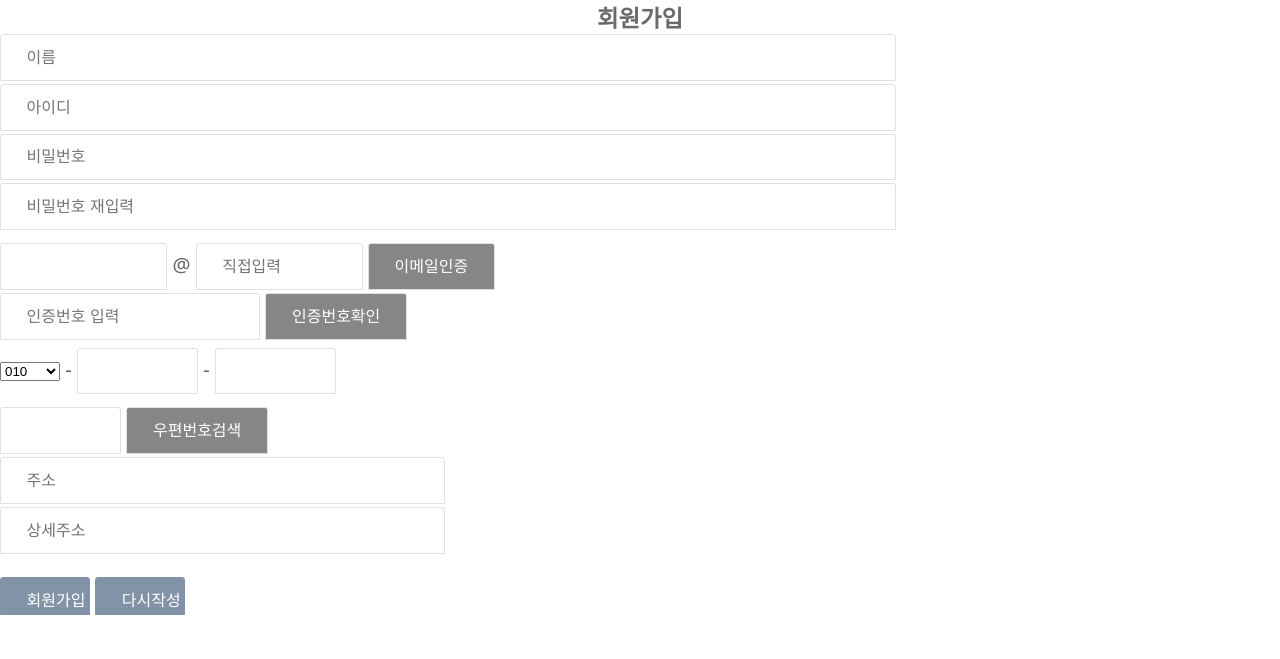
Repository: keepsus/gaebokchi
Page: http://localhost/uzuslime/member/memberWriteForm.jsp
An editor plug-in stored every save of this project. The page is shown before and after the next save, followed by the edit.
The browser window is 1280 px wide. The pictures show the whole page.
Some web fonts or font styles are not loaded; a fallback is used. The page is served by Tomcat 9. Nobody is signed in. The application's start-up code is not run. Other server files are loaded and not shown.

Above is the page before, as saved 2021-02-12 11:16:31.

### uzuslime/src/main/webapp/member/memberWriteForm.jsp
<%@ page language="java" contentType="text/html; charset=UTF-8"
    pageEncoding="UTF-8"%>

    <link rel="stylesheet" href="/slime/css/memberWriteForm.css">
    <link rel="preconnect" href="https://fonts.gstatic.com">
    <link href="https://fonts.googleapis.com/css2?family=Raleway:ital,wght@0,200;0,300;0,400;0,500;1,300;1,400&display=swap" rel="stylesheet">


<form name="memberWriteForm" method="post" action="/slime/member/write">
	<div>
	    <h3 class="modal-header" style="text-align:center; color:rgba(63, 62, 62, 0.774);">회원가입</h3>
	</div>


	<article name="memberSignUpForm" class="signUpForm" >
	    <div class="input-text">
	        <input type="text" id="member_name" name="member_name" size="25" placeholder="이름" autocomplete=”off”>
	        <div id="nameDiv"></div>
	    </div>


	    <div class="input-text">
	        <input type="text" class="member_id" id="member_id" name="member_id" size="25" placeholder="아이디" autocomplete=”off”>
	        <input type="hidden" id="check" value="">
	      <div id="idDiv"></div>

	    </div>


	    <div class="input-text">
	        <input type="password" class="sign-pwd" name="member_pw" size="25" placeholder="비밀번호">
	        <div id="pwdDiv"></div>
	    </div>


	    <div class="input-text">
	        <input type="password" class="sign-repwd" name="repw" size="25" placeholder="비밀번호 재입력">
	        <div id="repwdDiv"></div>
	    </div>


	    <div class="signUp-email-form" style="margin-top:10px;">
<!-- 	    	    <h2 style="margin-bottom:5px;">email </h2> -->
	        <input type="text" class="sign-email1" id="email1" name="email1" size="10">
	        @
	        <input type="email" class="sign-email2" list="email2" id="email2" name="email2"  placeholder="직접입력" size="10">
	        <datalist id="email2">
	            <option value="gmail.com">
	            <option value="naver.com">
	            <option value="hanmail.net">
	        </datalist>
	        <input type="button" id="emailBtn" name="emailBtn" class="emailBtn" value="이메일인증"><br>
	         <input type="text" class="checkEmail" id="checkEmail" name="checkEmail" placeholder="인증번호 입력" autocomplete=”off”>
	         <input type="hidden" id="checkEmailR" value="">
	        <input type="button" id="emailCheckBtn" class="emailCheckBtn" value="인증번호확인" ><br>
	    </div>
		<div id="emailDiv"></div>

	    <div class="signUp-phone-form" style="margin-top:5px;">
<!-- 	    <h2 style="margin-top:5px;">phone number </h2> -->
	        <select name="tel1" class="sign-tel1" style="width: 60px;">
	            <option value="010">010
	            <option value="011">011
	            <option value="019">019
	        </select>
	         -
	         <input type="text" class="sign-tel2" name="tel2" size="5">
	         -
	         <input type="text" class="sign-tel3" name="tel3" size="5">
	    </div>


	    <div class="signUp-address-form" style="margin-top:10px;">
	        <input type="text" class="sign-post" id="postcode" name="zipcode" size="5" readonly>
	        <input type="button" id="checkPostBtn" class="checkPostBtn" value="우편번호검색"><br>
	        <input type="text" class="sign-address" id="address" name="addr1" size="40"  readonly placeholder="주소"><br>
	        <input type="text" class="sign-detail" id="detailAddress" name="addr2" size="40" placeholder="상세주소">
	    </div>


	    <div class="signUp-btn-box" style="margin-top:20px;">
	        <input type="button" id="writeBtn" class="writeBtn" value="회원가입">
	        <input type="reset" value="다시작성">
	    </div>
	</article>

	<input type="hidden" name="email_key" value="0">
	<input type="hidden" name="admin_yn" value="0">

</form>
<script type="text/javascript" src="https://code.jquery.com/jquery-3.5.1.min.js"></script>
<script type="text/javascript" src="/slime/js/member.js?ver=1"></script>

### uzuslime/src/main/webapp/css/memberWriteForm.css
@charset "UTF-8";
* {
    margin: 0px;
    padding: 0px;
    box-sizing: border-box;
}

html {
    background-color: #fff;
    color: rgba(85, 85, 85, 0.897);
    font-family: 'Raleway','Noto Sans Korean','Apple SD Gothic Neo', 'Malgun Gothic','Nanum Gothic', 'Noto Sans','sans-serif';
    font-weight: 300px;
    font-size: 20px;
    text-rendering: optimizeLegibility;
    /* 반응형 웹사이트를 만드려고 기준으로 두었다. 폰트사이즈를 20px을 기본으로 주면 다른 태그에서 %를 사용해서 변경해주면
    폰트 사이즈를 바꿔줄때마다 웹사이트의 폰트 사이즈가 자동으로 바뀔 것이다. */
}

.modal-header{
	margin-botton: 8%;

}

.memberSignUpForm{
	text-align: center;
}

.input-text input{
    width: 70%;
    padding: 1% 2%;
    line-height: 1.2;
    border-radius: 3px 3px 0 0;
    border: 1px solid #e0e0e0;
    font-size: 80%;
    margin-bottom: 3px;
}

.emailBtn,.emailCheckBtn,.checkPostBtn{
    background-color: #fff;
    color: rgba(85, 85, 85, 0.897);
    border: 1px solid #e0e0e0;
    text-decoration: none;
    cursor: pointer;
    border-radius: 3px 3px 0 0;
}

.emailBtn,.emailCheckBtn,.checkPostBtn,.writeBtn:hover{
    transition: 0.4s;
    background-color: rgba(78, 76, 76, 0.678);
    color: white;
}

.signUp-email-form input {
	padding: 1% 2%;
    line-height: 1.2;
    border-radius: 3px 3px 0 0;
    border: 1px solid #e0e0e0;
    font-size: 80%;
    margin-bottom: 3px;
}

.signUp-phone-form input {
	padding: 1% 2%;
    line-height: 1.2;
    border-radius: 3px 3px 0 0;
    border: 1px solid #e0e0e0;
    font-size: 80%;
    margin-bottom: 3px;
}

.signUp-address-form input {
	padding: 1% 2%;
    line-height: 1.2;
    border-radius: 3px 3px 0 0;
    border: 1px solid #e0e0e0;
    font-size: 80%;
    margin-bottom: 3px;
}

.signUp-btn-box input{
	padding: 1% 2%;
    line-height: 1.2;
    border-radius: 3px 3px 0 0;
    border: 1px solid #8393a7;
    background-color: #8393a7;
    font-size: 80%;
    color :white;
    margin-bottom: 3px;
    width: 90px;
    height:38px;
    cursor:pointer;
}

### uzuslime/src/main/webapp/js/member.js
//로그인
$('#loginBtn').click(function(){
	$('#loginIdDiv').empty();
	$('#loginPwdDiv').empty();

	if($('#loginId').val()==''){
		$('#loginIdDiv').text('아이디를 입력')
						.css('color','red')
						.css('font-size','8pt')
						.css('font-weight','bold');

	}else if($('#loginPwd').val()==''){
		$('#loginPwdDiv').text('비밀번호를 입력')
						 .css('color','red')
						 .css('font-size','8pt')
						 .css('font-weight','bold');
	}else{
		$.ajax({
			type : 'post',
			url: '/slime/member/login',
			data: {'member_id': $('#loginId').val(), 'pwpwpw': $('#loginPwd').val()},

			dataType: 'text',
			success: function(data){
				if(data == 'success'){
					location.href = '/slime/index.jsp';

				}else if(data == 'fail'){

					alert('잘못된 정보입니다. 다시 입력해주세요.');
				}
			},//success
			error: function(err){
				console.log(err);
			}//error

		});//ajax
	}//else
});//click

//회원가입
$('#writeBtn').click(function(){
	$('#nameDiv').empty();
	$('#idDiv').empty();
	$('#pwdDiv').empty();
	$('#repwdDiv').empty();
	$('#emailDiv').empty();
	var idReg = /^[A-za-z0-9]/g;
	//아이디 한글못넣게 하는 것
	//[영문 대문자 또는 소문자로 시작하는 아이디, 끝날때 제한 없음]

	//if($('#name').val()==''){ -> 방법 1
	//if($('input[id=member_name]').val()==''){ -> 방법 2
	//id 속성이용은 2가지 방법 모두 가능
	if($('input[id=member_name]').val()==''){
		$('#nameDiv').text('이름을 입력하세요');
		$('#nameDiv').css('color','red');
		$('#nameDiv').css('font-size','8pt');
		$('#nameDiv').css('font-weight','bold');

	}else if($('#member_id').val()==''){	//id 속성이용
		$('#idDiv').text('아이디를 입력하세요');
		$('#idDiv').css('color','red');
		$('#idDiv').css('font-size','8pt');
		$('#idDiv').css('font-weight','bold');

	}else if( !idReg.test( $("input[id=member_id]").val() ) ){
		$('#idDiv').text('아이디는 영문자로 시작하는 6~20자 영문자 또는 숫자이어야 합니다.');
		$('#idDiv').css('color','red');
		$('#idDiv').css('font-size','8pt');
		$('#idDiv').css('font-weight','bold');

	}else if($('input[name=member_pw]').val()==''){
		$('#pwdDiv').text('비밀번호를 입력하세요')
		$('#pwdDiv').css('color','red')
		$('#pwdDiv').css('font-size','8pt')
		$('#pwdDiv').css('font-weight','bold');

	}else if($('input[name=repw]').val() != $('input[name=member_pw]').val()){
		$('#repwdDiv').text('비밀번호가 맞지 않습니다')
		$('#repwdDiv').css('color','red')
		$('#repwdDiv').css('font-size','8pt')
		$('#repwdDiv').css('font-weight','bold');

	}else if($('#member_id').val() != $('#check').val()){
		$('#idDiv').text('중복체크 하세요')
		$('#idDiv').css('color','red')
		$('#idDiv').css('font-size','8pt')
		$('#idDiv').css('font-weight','bold');

	}else if($('input[name=email1]').val()==''||$('input[name=email2]').val()==''){
		$('#emailDiv').text('이메일을 입력하세요')
		$('#emailDiv').css('color','red')
		$('#emailDiv').css('font-size','8pt')
		$('#emailDiv').css('font-weight','bold');

	}else{
		$('form[name=memberWriteForm]').submit();
	}
});

//중복 아이디 체크
$('#member_id').focusout(function(){
	if($('#member_id').val()==''){
		$('#idDiv').text('먼저 아이디를 입력하세요')
		$('#idDiv').css('color','magenta')
		$('#idDiv').css('font-size','8pt')
		$('#idDiv').css('font-weight','bold');

	}else{
		$.ajax({
			type: 'post',
			url: '/slime/member/checkId',
			data: 'member_id='+$('#member_id').val(),
			dataType: 'text',
			success: function(data){
				if(data == 'exist'){
					$('#idDiv').text('사용 불가능')
					$('#idDiv').css('color','magenta')
					$('#idDiv').css('font-size','8pt')
					$('#idDiv').css('font-weight','bold');

				}else if(data == 'non_exist'){
					$('#check').val($('#member_id').val());

					$('#idDiv').text('사용 가능')
					$('#idDiv').css('color','blue')
					$('#idDiv').css('font-size','8pt')
					$('#idDiv').css('font-weight','bold');
				}
			}
		});
	}
});

//우편번호
$('#checkPostBtn').click(function(){
	window.open("/slime/member/memberCheckPost", "zipcode", "width=700 height=500 scrollbars=yes");
});

$('#checkPostSearchBtn').click(function(){
	$.ajax({
		type: 'post',
		url: '/slime/member/checkPostSearch',
		data: $('#memberCheckPostForm').serialize(),	//serialize : '변수=값&변수=값'
		dataType: 'json',
		success: function(data){
			//alert(JSON.stringify(data));

			$('#checkPostTable tr:gt(2)').remove();

			$.each(data.list, function(index, items){
				var address = items.sido+' '
							+ items.sigungu+' '
							+ items.yubmyundong+' '
							+ items.ri+' '
							+ items.roadname+' '
							+ items.buildingname;

				address = address.replace(/null/g, '');

				$('<tr/>').append($('<td/>',{
					align: 'center',
					text: items.zipcode

				})).append($('<td/>',{
					colspan: '3',
					}).append($('<a/>',{
						href: '#',
						id: 'addressA',
						text: address
					}))
				).appendTo($('#checkPostTable'));
			});//each

			$('a').click(function(){
				//alert($(this).prop('tagName'));
				//alert($(this).parent().prev().text());

				$('#postcode', opener.document).val($(this).parent().prev().text());
				$('#address', opener.document).val($(this).text());
				$('#detailAddress', opener.document).focus();
				window.close();
			});
		},
		error: function(err){
			console.log(err);
		}
	});
});

//회원정보수정
$('#modifyBtn').click(function(){
	$('#nameDiv').empty();
	$('#pwdDiv').empty();
	$('#repwdDiv').empty();

	if($('#member_name').val()==''){
		$('#nameDiv').text('이름을 입력하세요');
		$('#nameDiv').css('color','red');
		$('#nameDiv').css('font-size','8pt');
		$('#nameDiv').css('font-weight','bold');

	}else if($('input[name=member_pw]').val()==''){
		$('#pwdDiv').text('비밀번호를 입력하세요')
		$('#pwdDiv').css('color','red')
		$('#pwdDiv').css('font-size','8pt')
		$('#pwdDiv').css('font-weight','bold');

	}else if($('input[name=repw]').val() != $('input[name=member_pw]').val()){
		$('#repwdDiv').text('비밀번호가 맞지 않습니다')
		$('#repwdDiv').css('color','red')
		$('#repwdDiv').css('font-size','8pt')
		$('#repwdDiv').css('font-weight','bold');

	}else{
		$.ajax({
			type: 'post',
			url: '/slime/member/modify',
			data: $('#memberModifyForm').serialize(),	//serialize : '변수=값&변수=값'
			success: function(){
				alert('회원정보수정 완료');
				location.href='/slime/mypage/myPageOrder.jsp';
			},
			error: function(err){
				console.log(err);
			}
		});
	}
});

//아이디 찾기
$('#searchBtn').click(function(){
	$.ajax({
		type: 'post',
		url: '/slime/member/memberIdSearch',
		data: $('#memberSearch').serialize(),
		dataType: 'text',
		success: function(data){
			alert("회원님의 ID는 "+data+" 입니다");
			location.href='/slime/index.jsp';
		},
		error: function(err){
			alert("틀린 정보입니다. 다시 확인해주세요.")
			console.log(err);
		}
	});
});


//이메일 인증 보내기
$('#emailBtn').click(function(){
	$('#emailDiv').empty();
	if($('input[name=email1]').val()==''||$('input[name=email2]').val()==''){
		$('#emailDiv').text('이메일을 입력하세요');
		$('#emailDiv').css('color','red');
		$('#emailDiv').css('font-size','8pt');
		$('#emailDiv').css('font-weight','bold');

	}else{
		$.ajax({
			type: 'post',
			url: '/slime/member/sendEmail',
			data: 'e_mail='+$('#email1').val()+'@'+$('#email2').val(),
			dataType: 'json',
			success: function(data){
				$('#emailDiv').text('이메일이 발송되었습니다. 인증번호를 입력헤주세요');
				$('#emailDiv').css('color','red');
				$('#emailDiv').css('font-size','8pt');
				$('#emailDiv').css('font-weight','bold');
				console.log('이메일 data ='+ JSON.stringify(data));//data가 들어오는것인가?이상한게 찍힌다.
				$('#checkEmailR').val(data.dice);//받은 인증번호를 jsp에 있는 hidden 속성에 넣어주기
			},
			error: function(err){
				console.log(err);
			}
		});
	}

});


//이메일 인증번호 확인
$('#emailCheckBtn').click(function(){
	$('#emailDiv').empty();

	if($('input[id=checkEmail]').val()==''){
		$('#emailDiv').text('이메일 인증번호를 입력해주세요 ')
		$('#emailDiv').css('color','magenta')
		$('#emailDiv').css('font-size','8pt')
		$('#emailDiv').css('font-weight','bold');

	}else{
		if
		(document.getElementById('checkEmail').value == document.getElementById('checkEmailR').value){
			$('#emailDiv').text('인증되었습니다.')
			$('#emailDiv').css('color','magenta')
			$('#emailDiv').css('font-size','8pt')
			$('#emailDiv').css('font-weight','bold');
		}else if
		(document.getElementById('checkEmail').value != document.getElementById('checkEmailR').value){
			$('#emailDiv').text('인증번호가 맞지 않습니다.')
			$('#emailDiv').css('color','magenta')
			$('#emailDiv').css('font-size','8pt')
			$('#emailDiv').css('font-weight','bold');
		}
	}

});

After the next save:
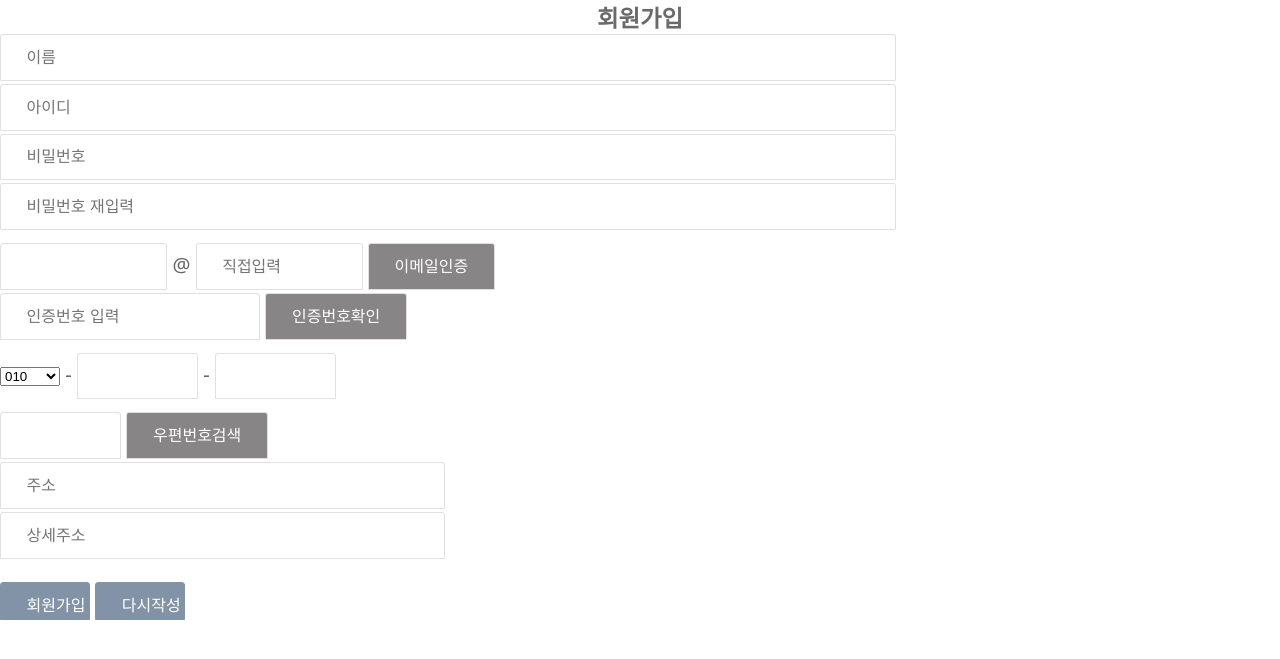
Saved 17 s later.
--- a/uzuslime/src/main/webapp/member/memberWriteForm.jsp
+++ b/uzuslime/src/main/webapp/member/memberWriteForm.jsp
@@ -56,7 +56,7 @@
 	    </div>
 		<div id="emailDiv"></div>
 
-	    <div class="signUp-phone-form" style="margin-top:5px;">
+	    <div class="signUp-phone-form" style="margin-top:10px;">
 <!-- 	    <h2 style="margin-top:5px;">phone number </h2> -->
 	        <select name="tel1" class="sign-tel1" style="width: 60px;">
 	            <option value="010">010
